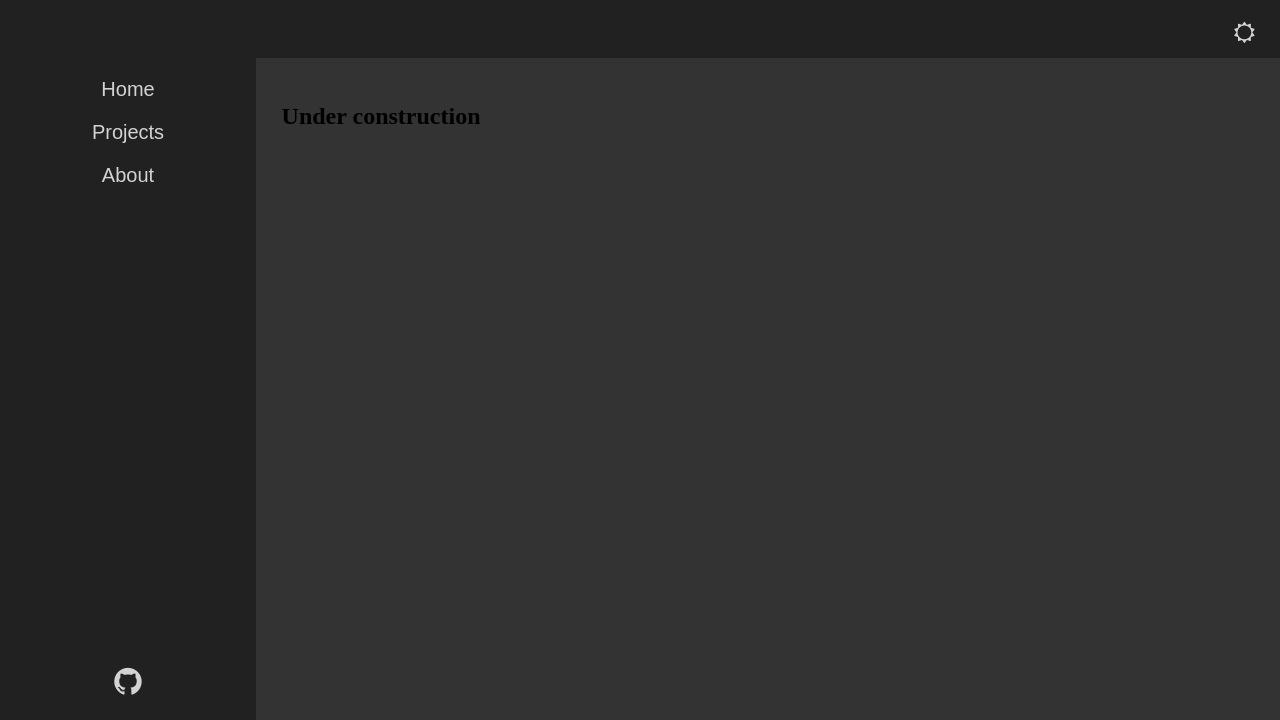
Repository: josephinel6/josephinel6.github.io
Page: index.html
The author's editor kept a copy of each file at every save. The page is drawn from the files as they stood at one save, then again after the next save.
The browser window is 1280 px wide. The pictures show the whole page.

Above is the page before, as saved 2023-05-25 11:25:01.

After the next save:
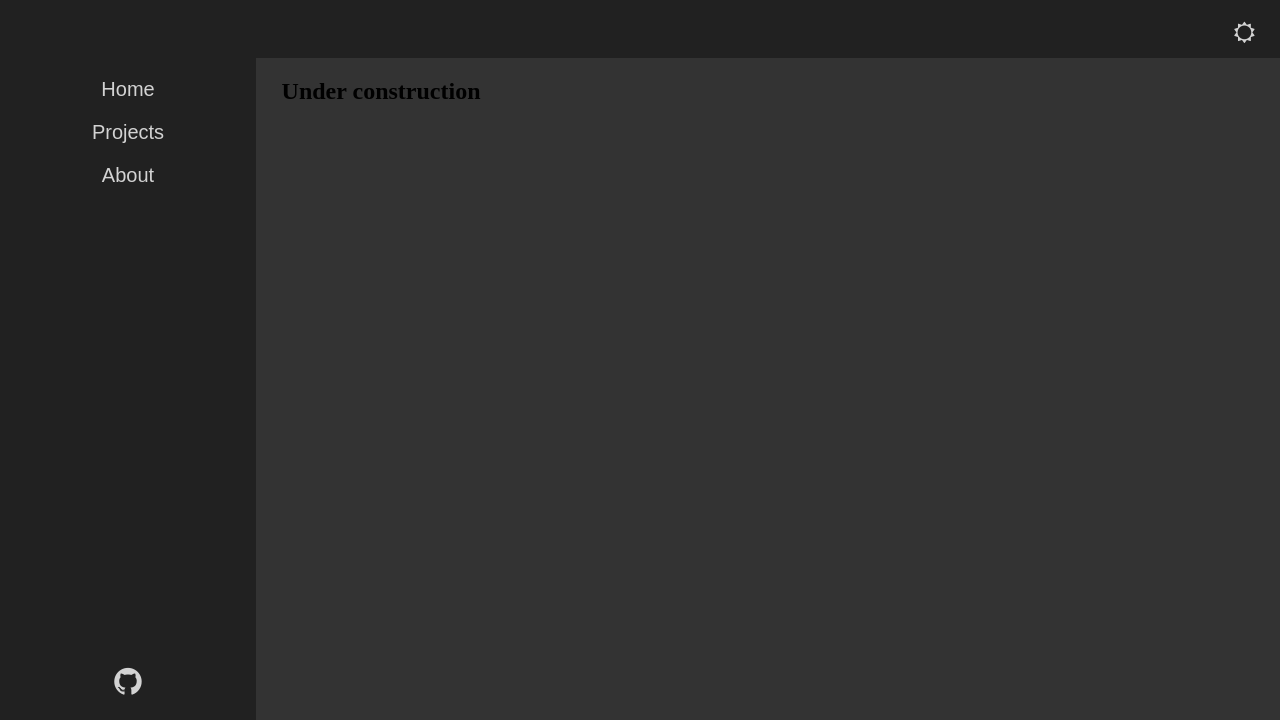
Saved 47 s later.
--- a/index.html
+++ b/index.html
@@ -102,7 +102,8 @@
             width: 78vw;
             position: relative;
             overflow-y: scroll;
-            padding: 2.5%;
+            padding-left: 2.5%;
+            padding-right: 2.5%;
             /* margin-top: 2.5%;
             margin-left: 2.5%; */
         }

After the save that followed:
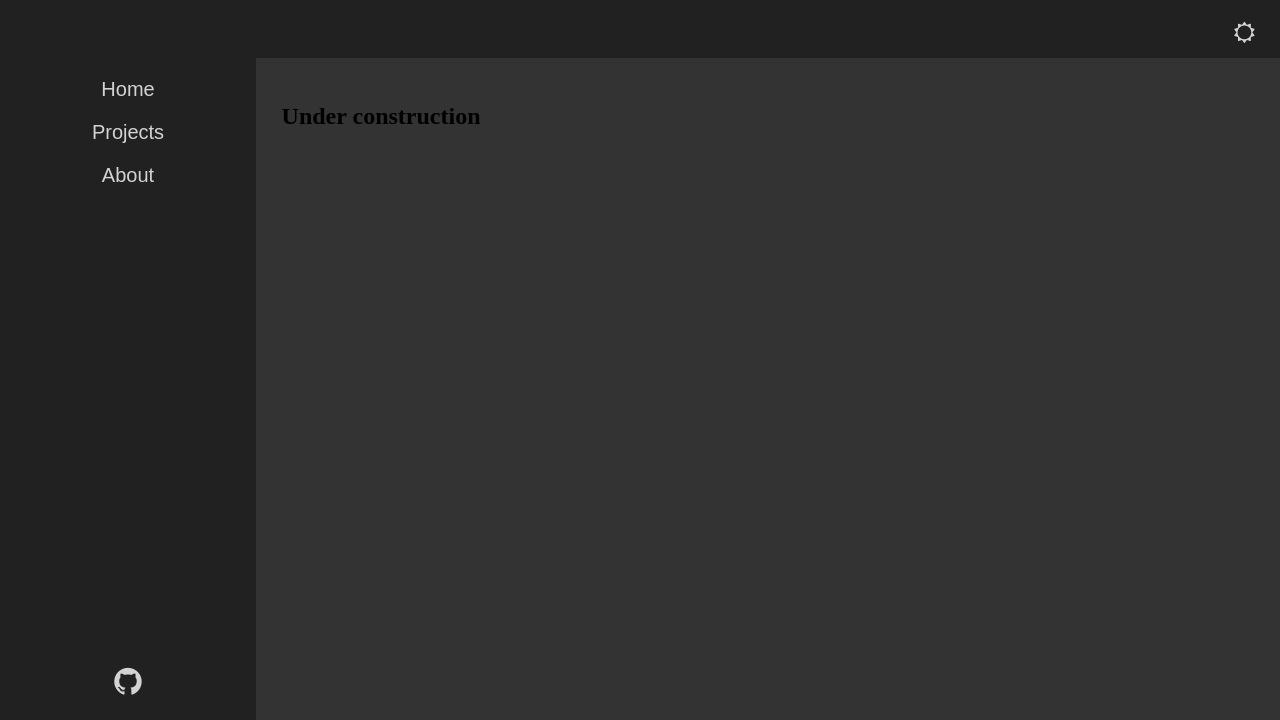
Saved 17 s later.
--- a/index.html
+++ b/index.html
@@ -102,8 +102,7 @@
             width: 78vw;
             position: relative;
             overflow-y: scroll;
-            padding-left: 2.5%;
-            padding-right: 2.5%;
+            padding: 2.5%;
             /* margin-top: 2.5%;
             margin-left: 2.5%; */
         }
